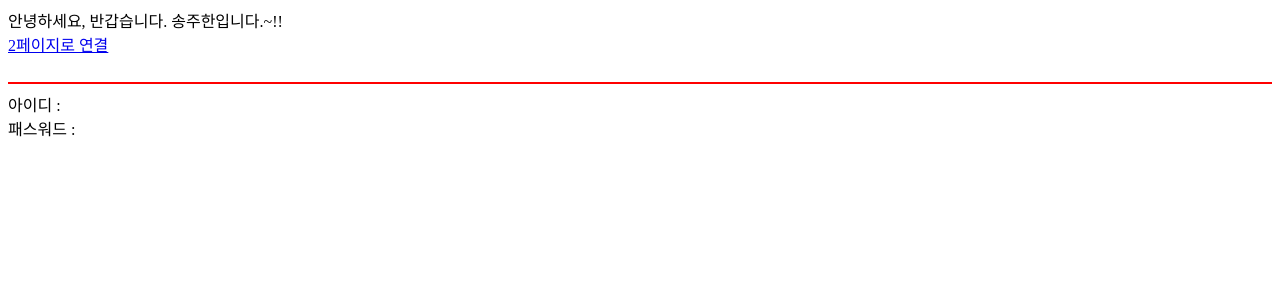
Repository: JuHanSong/JSP
Page: jsp01/WebContent/indeex.html
The author's editor kept a copy of each file at every save. The page is drawn from the files as they stood at one save, then again after the next save.
The browser window is 1280 px wide. The pictures show the whole page.

Above is the page before, as saved 2020-11-21 02:36:11.

### jsp01/WebContent/indeex.html
<!DOCTYPE html>
<html>
	<head>
		<meta charset="UTF-8">
		<title>Insert title here</title>
	</head>
	<body> <!-- 주선, 태크(tag) -->
	안녕하세요, 반갑습니다. 송주한입니다.~!!<br><!-- 엔터 -->
	<a href="page2.html">2페이지로 연결</a>

	<!-- 컨트롤 + 시프트 + /  -->
	<!-- 속성(attridute)는 0개이상 ~ 여러개 -->
	<br><br>

	<hr color="red"> <!-- horizontal : 가로 -->

	아이디 : <br>
	패스워드 : <br>

	</body>
</html>

After the next save:
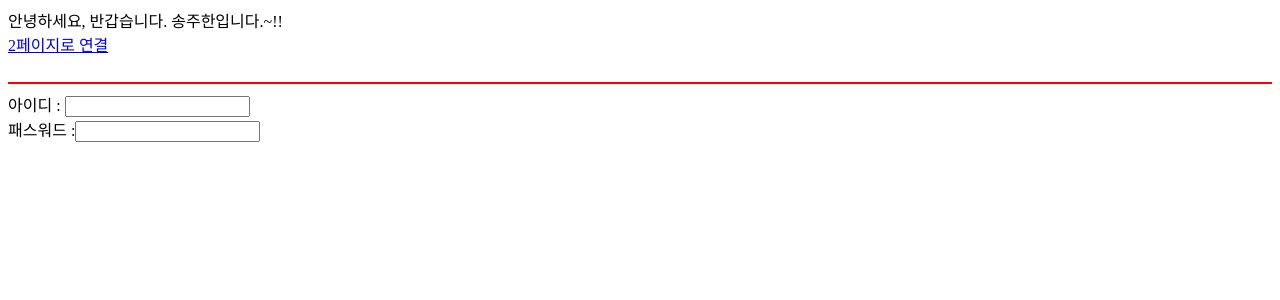
Saved 51 s later.
--- a/jsp01/WebContent/indeex.html
+++ b/jsp01/WebContent/indeex.html
@@ -14,8 +14,8 @@
 
 	<hr color="red"> <!-- horizontal : 가로 -->
 
-	아이디 : <br>
-	패스워드 : <br>
+	아이디 : <input type="text"> <br>
+	패스워드 :<input type="text"> <br>
 
 	</body>
 </html>
